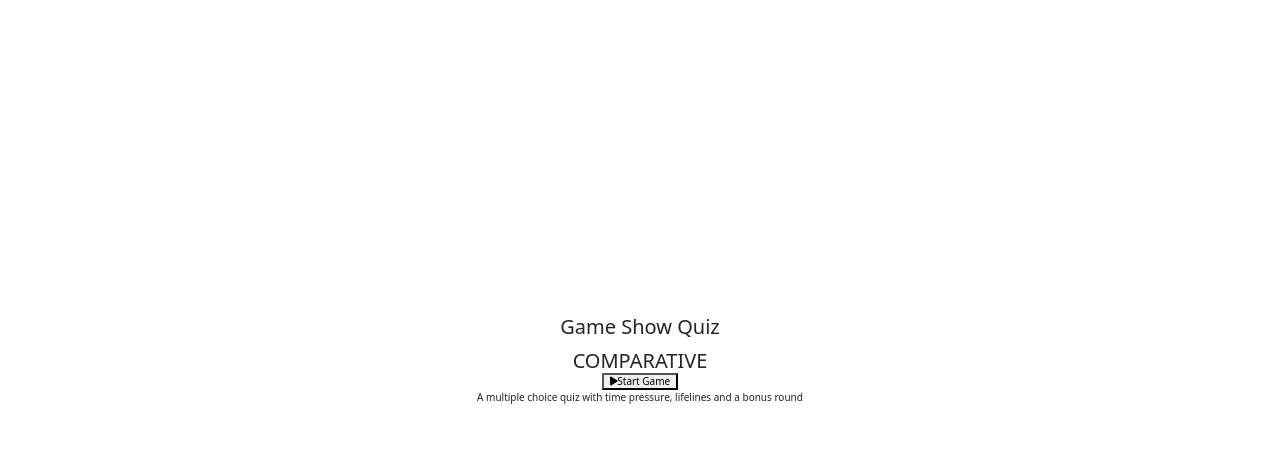
Repository: litaiqiang1407/comparative-gq
Page: /
These files come from the project's save history. The page is drawn as it stood at one moment and after the next save; the edit follows.
The browser window is 1280 px wide. The pictures show the whole page.
The project was rebuilt for these pictures with package versions that can differ from the ones it lists, and the page was loaded fresh each time. Also part of the build but not shown: vue.config.js.

Above is the page before, as saved 2024-06-20 19:48:27.

### public/index.html
<!DOCTYPE html>
<html lang="">
  <head>
    <meta charset="utf-8" />
    <meta http-equiv="X-UA-Compatible" content="IE=edge" />
    <meta name="viewport" content="width=device-width,initial-scale=1.0" />
    <link rel="icon" href="<%= BASE_URL %>favicon.ico" />
    <title>Comparative Game show Quiz</title>
  </head>
  <body>
    <div id="app"></div>
    <!-- built files will be auto injected -->
  </body>
</html>

### src/main.js
// main.js

import { createApp } from "vue";
import App from "./App.vue";
import router from "./router"; // Assuming you have set up router/index.js properly
import "bootstrap/dist/css/bootstrap.min.css";
import "bootstrap/dist/js/bootstrap.bundle.min.js";
import "bootstrap";

// Font Awesome imports
import { library } from "@fortawesome/fontawesome-svg-core";
import { FontAwesomeIcon } from "@fortawesome/vue-fontawesome";
import { fas } from "@fortawesome/free-solid-svg-icons";
import { far } from "@fortawesome/free-regular-svg-icons";
import { fab } from "@fortawesome/free-brands-svg-icons";

library.add(fas, far, fab);

const app = createApp(App);

// Register the FontAwesomeIcon component globally
app.component("font-awesome-icon", FontAwesomeIcon);

// Use Vue Router
app.use(router);

// Mount the app
app.mount("#app");

### src/App.vue
<template>
  <start-game v-if="status === 'start'" @onStart="onStart()" />
  <game-intro v-if="status === 'intro'" @onPlay="onPlay()" />
  <playing-game v-if="status === 'playing'" />
</template>

<script>
// Import
import StartGame from "./components/StartGame/StartGame.vue";
import GameIntro from "./components/PlayingGame/Intro/GameIntro.vue";
import PlayingGame from "./components/PlayingGame/PlayingGame.vue";

// Export
export default {
  name: "App",
  data() {
    return {
      status: "start",
    };
  },
  components: {
    StartGame,
    GameIntro,
    PlayingGame,
  },
  methods: {
    onStart() {
      this.status = "intro";
    },
    onPlay() {
      this.status = "playing";
    },
  },
};
</script>

// Scoped CSS
<style lang="scss">
.example {
  color: blue;
}
</style>

### src/router/index.js
// src/router/index.js

import { createRouter, createWebHistory } from "vue-router";
import StartGame from "../components/StartGame/StartGame.vue";
import PlayingGame from "../components/PlayingGame/PlayingGame.vue";
import GameIntro from "../components/PlayingGame/Intro/GameIntro.vue";

const routes = [
  { path: "/", component: StartGame },
  { path: "/intro", component: GameIntro },
  { path: "/playing", component: PlayingGame },
];

const router = createRouter({
  history: createWebHistory(),
  routes,
});

export default router;

### src/assets/styles/GlobalStyles.scss
@import "normalize.css";
@import url("https://fonts.googleapis.com/css2?family=Rubik:ital,wght@0,300..900;1,300..900&display=swap");

* {
  box-sizing: border-box;
}

html {
  font-size: 62.5%;
}

body {
  font-family: "Rubik", sans-serif;
  font-size: 1.6rem;
  line-height: 1.5;
  text-rendering: optimizeSpeed;
}

h1,
h2,
h3 {
  margin: 0;
}

### src/components/StartGame/StartGame.vue
<template>
  <div class="start">
    <div class="container">
      <h2 class="title">Game Show Quiz</h2>
      <h1 class="game-name">COMPARATIVE</h1>
      <button class="play-button" @click="onStart()">
        <font-awesome-icon :icon="['fas', 'play']" />
        <span>Start Game</span>
      </button>
      <div class="description">
        A multiple choice quiz with time pressure, lifelines and a bonus round
      </div>
    </div>
  </div>
</template>

<script>
import { FontAwesomeIcon } from "@fortawesome/vue-fontawesome";

export default {
  components: {
    FontAwesomeIcon,
  },
  methods: {
    onStart() {
      this.$emit("onStart");
    },
  },
};
</script>

<style lang="scss" scoped>
@import "./StartGame.scss";
</style>

### src/components/PlayingGame/Intro/GameIntro.vue
<template>
  <div class="game-intro">
    <h1>Welcome to the Game!</h1>
    <p>Get ready...</p>
  </div>
</template>

<script>
export default {
  name: "GameIntro",
  mounted() {
    setTimeout(() => {
      this.$emit("onPlay");
    }, 3000);
  },
};
</script>

<style lang="scss" scoped>
@import "./GameIntro.scss";
</style>

### src/components/PlayingGame/PlayingGame.vue
<template>
  <div class="playing-game">
    <h1>Playing Game...</h1>
    <!-- Game content here -->
  </div>
</template>

<script>
export default {
  name: "PlayingGame",
};
</script>

<style lang="scss" scoped>
.playing-game {
  text-align: center;
  h1 {
    color: #35495e;
  }
}
</style>

### src/components/StartGame/StartGame.scss
.start {
  display: flex;
  justify-content: center;
  align-items: center;
  height: 100vh;

  .container {
    width: 1020px;
    height: 540px;
    margin: 0 auto;
    display: flex;
    flex-direction: column;
    justify-content: center;
    align-items: center;
  }

  .title {
    font-size: 2rem;
    margin-bottom: 1rem;
  }
}

### src/components/PlayingGame/Intro/GameIntro.scss
.game-intro {
    display: flex;
    flex-direction: column;
    align-items: center;
    justify-content: center;
    height: 100vh;
    background-color: #f5f5f5;
    h1 {
      color: #35495e;
    }
    p {
      color: #42b983;
      font-size: 24px;
    }
  }

After the next save:
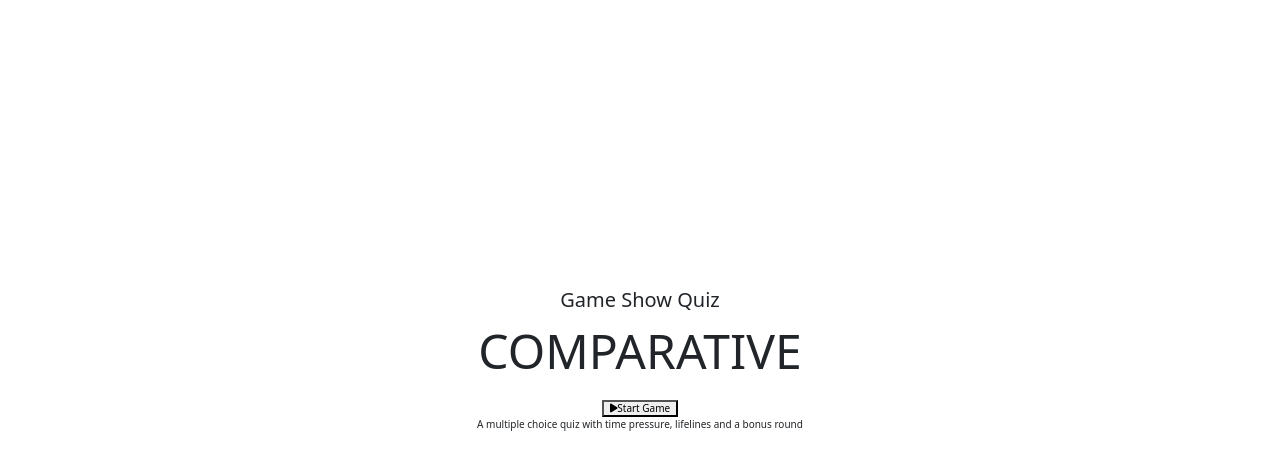
Saved 12 s later.
--- a/src/components/StartGame/StartGame.scss
+++ b/src/components/StartGame/StartGame.scss
@@ -18,4 +18,9 @@
     font-size: 2rem;
     margin-bottom: 1rem;
   }
+
+  .game-name {
+    font-size: 4.8rem;
+    margin-bottom: 2rem;
+  }
 }
